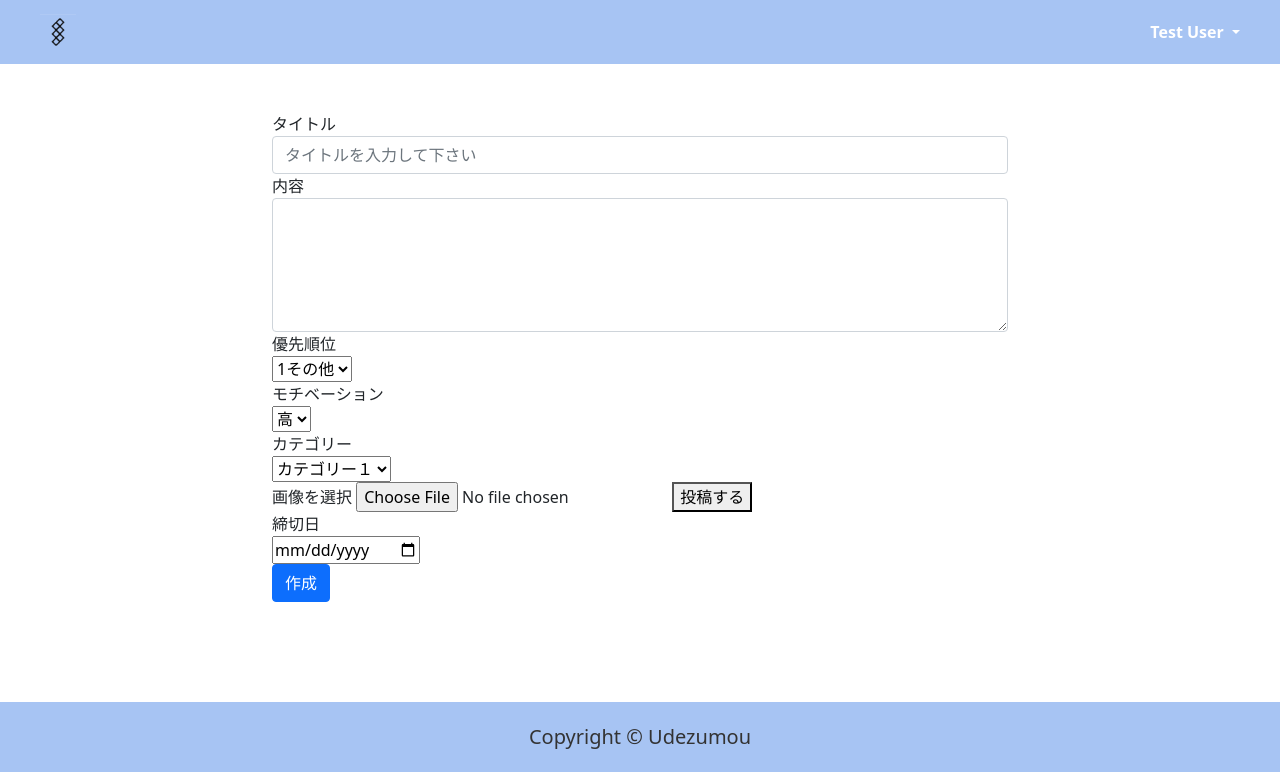
Repository: Kongbu0217/79Udezumou
Page: http://localhost/posts/create
These files come from the project's save history. The page is drawn as it stood at one moment and after a run of saves; the edit follows.
The browser window is 1280 px wide. The pictures show the whole page.
Some web libraries are served in a nearby version. The page is served by the project's Laravel application, run on PHP 8.4 with Laravel 10. A made-up administrator, Test User (test@example.com), is signed in. Other server files are loaded and not shown.

Above is the page before, as saved 2024-12-18 16:30:24.

### routes/web.php
<?php

use Illuminate\Support\Facades\Route;
use App\Http\Controllers\PostController;
use App\Http\Controllers\CommentController;
/*
|--------------------------------------------------------------------------
| Web Routes
|--------------------------------------------------------------------------
|
| Here is where you can register web routes for your application. These
| routes are loaded by the RouteServiceProvider and all of them will
| be assigned to the "web" middleware group. Make something great!
|
*/

Route::get('/', function () {
    return view('welcome');
});

Auth::routes();

Route::get('/home', [App\Http\Controllers\HomeController::class, 'index'])->name('home');

// Route::get('/create', function () {
//     return view('posts.create');
// });

// Route::resource('posts', PostController::class);

Route::get('/posts', [PostController::class, 'index'])->name('posts.index');

Route::get('/posts/create', [PostController::class, 'create'])->name('posts.create');

Route::post('/posts', [PostController::class, 'store'])->name('posts.store');

Route::get('/posts/{id}', [PostController::class, 'show'])->name('posts.show');

Route::get('/posts/{id}/edit', [PostController::class, 'edit'])->name('posts.edit');

Route::put('/posts/{id}', [PostController::class, 'update'])->name('posts.update');

Route::delete('/posts/{id}', [PostController::class, 'destroy'])->name('posts.destroy');

Route::get('/comments/create/{post_id}',[CommentController::class,'create'])->name('comments.create');

Route::post('/comments',[CommentController::class,'store'])->name('comments.store');

// ===コメント用===
Route::get('/comments/{id}/edit', [CommentController::class, 'edit'])->name('comments.edit'); // コメント編集ページ

Route::put('/comments/{id}', [CommentController::class, 'update'])->name('comments.update');  // コメント更新

Route::delete('/comments/{id}', [CommentController::class, 'destroy'])->name('comments.destroy'); // コメント削除

### app/Models/User.php
<?php

namespace App\Models;

use Illuminate\Contracts\Auth\MustVerifyEmail;
use Illuminate\Database\Eloquent\Factories\HasFactory;
use Illuminate\Foundation\Auth\User as Authenticatable;
use Illuminate\Notifications\Notifiable;
use Laravel\Sanctum\HasApiTokens;

class User extends Authenticatable
{
    use HasApiTokens, HasFactory, Notifiable;

    /**
     * The attributes that are mass assignable.
     *
     * @var array<int, string>
     */
    protected $fillable = [
        'name',
        'email',
        'password',
    ];

    /**
     * The attributes that should be hidden for serialization.
     *
     * @var array<int, string>
     */
    protected $hidden = [
        'password',
        'remember_token',
    ];

    /**
     * The attributes that should be cast.
     *
     * @var array<string, string>
     */
    protected $casts = [
        'email_verified_at' => 'datetime',
        'password' => 'hashed',
    ];

    public function posts()
    {
        return $this->hasMany('App\Models\Post'); // 記述するとpostとユーザーのリレーションができる
    }

    public function comments()
    {
        return $this->hasMany('App\Models\Comment');
    }
}

### app/Http/Controllers/PostController.php
<?php

namespace App\Http\Controllers;

use Illuminate\Http\Request;
use App\Models\Post;
use Illuminate\Support\Facades\Storage;
use Illuminate\Support\Facades\Auth;

class PostController extends Controller
{
    function index(Request $request)
    {
        $query = Post::query();

        // 検索クエリを取得
        $search = $request->input('search');

        if ($search) {
            // タイトル、本文、コメント内容を検索対象に追加
            $query->where(function ($q) use ($search) {
                $q->where('title', 'LIKE', "%{$search}%")
                    ->orWhere('body', 'LIKE', "%{$search}%")
                    ->orWhereHas('comments', function ($subQuery) use ($search) {
                    $subQuery->where('body', 'LIKE', "%{$search}%");
                        });
            });
        }

        $posts = $query->get(); // 条件に応じてデータを取得

        return view('posts.index', [
            'posts' => $posts,
            'search' => $search, // 現在の検索ワードをビューに渡す
        ]);
    }

    function create()
    {
        return view('posts.create');
    }

    function store(Request $request)
    {
        // バリデーション（MIO）
        $validated = $request->validate([
            'title' => 'required|string|max:30',
            'body' => 'required|string|max:120',
            'image' => 'nullable|image|mimes:jpeg,png,jpg,gif|max:2048',
        ]);

        // $requestに入っている値を、new Postでデータベースに保存するという記述
        $post = new Post;

        // 画像がアップロードされていれば保存処理(MIO)
            if ($request->hasFile('image')) {
            // ファイルをpublicディスクに保存してパスを取得
            $path = $request->file('image')->store('images', 'public');

            // 画像パスをデータベースに保存
            $post->path = $path;
        }

        $post->title = $request->title;
        $post->body = $request->body;
        $post->user_id = Auth::id(); // 現在ログインしているユーザーidを取得

        $post->prio = $request->prio; //優先順位
        $post->moto = $request->moto; //モチベーション
        $post->category = $request->category; //カテゴリー
        $post->cob = $request->cob; //締切日
        $post->path = $url; // 画像のURLを保存（MIO)

        $post->save();

        return redirect()->route('posts.index');
    }

    function show($id)
    {
        // 投稿データとそのコメントを取得
        $post = Post::with('comments.user')->find($id);

        if (!$post) {
            abort(404, '投稿が見つかりませんでした。');
        }

        return view('posts.show', ['post' => $post]);
    }

    function edit($id)
    {
        $post = Post::find($id);

        return view('posts.edit', ['post' => $post]);
    }

    function update(Request $request, $id)
    {
        $post = Post::find($id);

        $post->title = $request->title;
        $post->body = $request->body;
        $post->save();

        return view('posts.show', ['post' => $post]);
    }

    function destroy($id)
    {
        $post = Post::find($id);

        $post->delete();

        return redirect()->route('posts.index');
    }
}

### resources/views/posts/create.blade.php
@extends('layouts.app_original')
@section('content')

<div class="container mt-5">
    <div class="row justify-content-center">
        <div class="col-md-8">
            <form action="{{ route('posts.store') }}" method="POST">
                @csrf <!-- これないとエラーになる -->
                <div class="form-group">
                    <label>タイトル</label>
                    <input type="text" class="form-control" placeholder="タイトルを入力して下さい" name="title">
                </div>
                <div class="form-group">
                    <label>内容</label>
                    <textarea class="form-control" placeholder="内容" rows="5" name="body">
                    </textarea>
                </div>
                <div>
                    <label>優先順位</label><br>
                    <select name="prio">
                        <option value="first">1その他</option>
                        <option value="second">2その他</option>
                        <option value="third">3その他</option>
                    </select>
                </div>
                <div>
                    <label>モチベーション</label><br>
                    <select name="moto">
                        <option value="first">高</option>
                        <option value="second">中</option>
                        <option value="third">低</option>
                    </select>
                </div>
                <div>
                    <label>カテゴリー</label><br>
                    <select name="category">
                        <option value="first">カテゴリー１</option>
                        <option value="second">カテゴリー２</option>
                        <option value="third">カテゴリー３</option>
                    </select>
                </div>
                {{-- 画像投稿フォーム（MIO） --}}
                <form action="{{ route('posts.store') }}" method="POST" enctype="multipart/form-data">
                    @csrf
                    <label for="image">画像を選択</label>
                    <input type="file" name="image" id="image">
                    <button type="submit">投稿する</button>
                </form>
                {{-- MIO --}}
                <div>
                    <label>締切日</label><br>
                    <input type="date" name="cob">
                </div>
                <button type="submit" class="btn btn-primary">作成</button>
            </form>
        </div>
    </div>
</div>

@endsection

### resources/views/layouts/app_original.blade.php
<!DOCTYPE html>
<html lang="en">
<head>
  <meta charset="UTF-8">
  <meta name="viewport" content="width=device-width, initial-scale=1.0">
  <!-- CSRF Token -->
  <meta name="csrf-token" content="{{ csrf_token() }}">
  <title>Document</title>
  <link href="https://cdn.jsdelivr.net/npm/bootstrap@5.0.0-beta1/dist/css/bootstrap.min.css" rel="stylesheet" integrity="sha384-giJF6kkoqNQ00vy+HMDP7azOuL0xtbfIcaT9wjKHr8RbDVddVHyTfAAsrekwKmP1" crossorigin="anonymous">
  <link rel="stylesheet" href="{{ asset('css/style.css') }}">
</head>
<body>
  <header>
    <div class="header-left">
      <a href="{{ url('/posts') }}"> <!-- ここにリンクを追加 -->
        <img class="logo" src="{{ asset('img/logo.png') }}" alt="Logo">
      </a>
    </div>
        <div class="header-right">
        <div class="dropdown nav">
          <a class="dropdown-toggle" href="#" role="button" id="dropdownMenuLink" data-bs-toggle="dropdown" aria-expanded="false">
          {{ Auth::user()->name }}
          </a>
          <ul class="dropdown-menu" aria-labelledby="dropdownMenuLink">
            <li><a class="dropdown-item" href="{{ route('logout') }}" onclick="event.preventDefault();
                                                    document.getElementById('logout-form').submit();">{{ __('Logout') }}</a></li>
            <form id="logout-form" action="{{ route('logout') }}" method="POST" class="d-none">
                @csrf
            </form>
          </ul>
        </div>
        </div>
  </header>
  @yield('content')   <!-- これを追加すると他のページにもヘッダーとフッターが継承される -->
  <footer>
    Copyright &copy; Udezumou
  </footer>
  <script src="https://cdn.jsdelivr.net/npm/@popperjs/core@2.5.4/dist/umd/popper.min.js" integrity="sha384-q2kxQ16AaE6UbzuKqyBE9/u/KzioAlnx2maXQHiDX9d4/zp8Ok3f+M7DPm+Ib6IU" crossorigin="anonymous"></script>
  <script src="https://cdn.jsdelivr.net/npm/bootstrap@5.0.0-beta1/dist/js/bootstrap.min.js" integrity="sha384-pQQkAEnwaBkjpqZ8RU1fF1AKtTcHJwFl3pblpTlHXybJjHpMYo79HY3hIi4NKxyj" crossorigin="anonymous"></script>
</body>
</html>

### public/css/style.css
/* === 横スクロール防止 === */
  body, html {
    margin: 0;
    padding: 0;
    overflow-x: hidden; /* 横スクロール防止 */
  }

/* === ヘッダー全体 === */
  header {
    display: flex;
    justify-content: space-between;
    align-items: center;
    background-color: #a7c4f3; /* 背景色 */
    padding: 14px 40px;
    width: 100%;
    max-width: 100%;
    box-sizing: border-box;
  }

/* === ロゴ画像 === */
  .logo {
    height: 36px;
  }

/* === ユーザー名のスタイル === */
  .header-right a.dropdown-toggle {
    color: white; /* 色を白に */
    font-weight: bold; /* 太字 */
    text-decoration: none; /* 下線を削除 */
  }

  .header-right a.dropdown-toggle:hover {
    color: #f8f9fa; /* ホバー時の色を少し変更 */
  }

/* === ドロップダウンメニュー === */
  .dropdown-menu {
    right: 0; /* 右揃え */
    left: auto; /* 左側の余白を調整 */
  }

footer {
  background-color: #a7c4f3;
  color: #333;
  text-align: center;
  font-size: 20px;
  margin-top: 100px;
  padding: 20px 0;
}

  .image-container {
    width: 100%; /* カード幅いっぱい */
    padding-top: 56.25%; /* 16:9 のアスペクト比 (高さ:幅の比率) */
    position: relative;
    overflow: hidden; /* はみ出した画像を隠す */
    background-color: #f0f0f0; /* 背景色 (画像がない時) */
    border-radius: 8px; /* 角丸 */
  }

  .image-container img {
    position: absolute;
    top: 0;
    left: 0;
    width: 100%;
    height: 100%;
    object-fit: cover; /* アスペクト比を保ちながら、コンテナにフィット */
  }


  /* 背景色変更 MIO*/
.card-body text-center{
  background-color: white;
transition: background-color 0.3s;
}
.highlight {
background-color: rgb(174, 178, 180);
}

Loaded but not shown: app/Http/Controllers/Auth/ConfirmPasswordController.php (common file); app/Http/Controllers/Controller.php (common file)

After the next 2 saves:
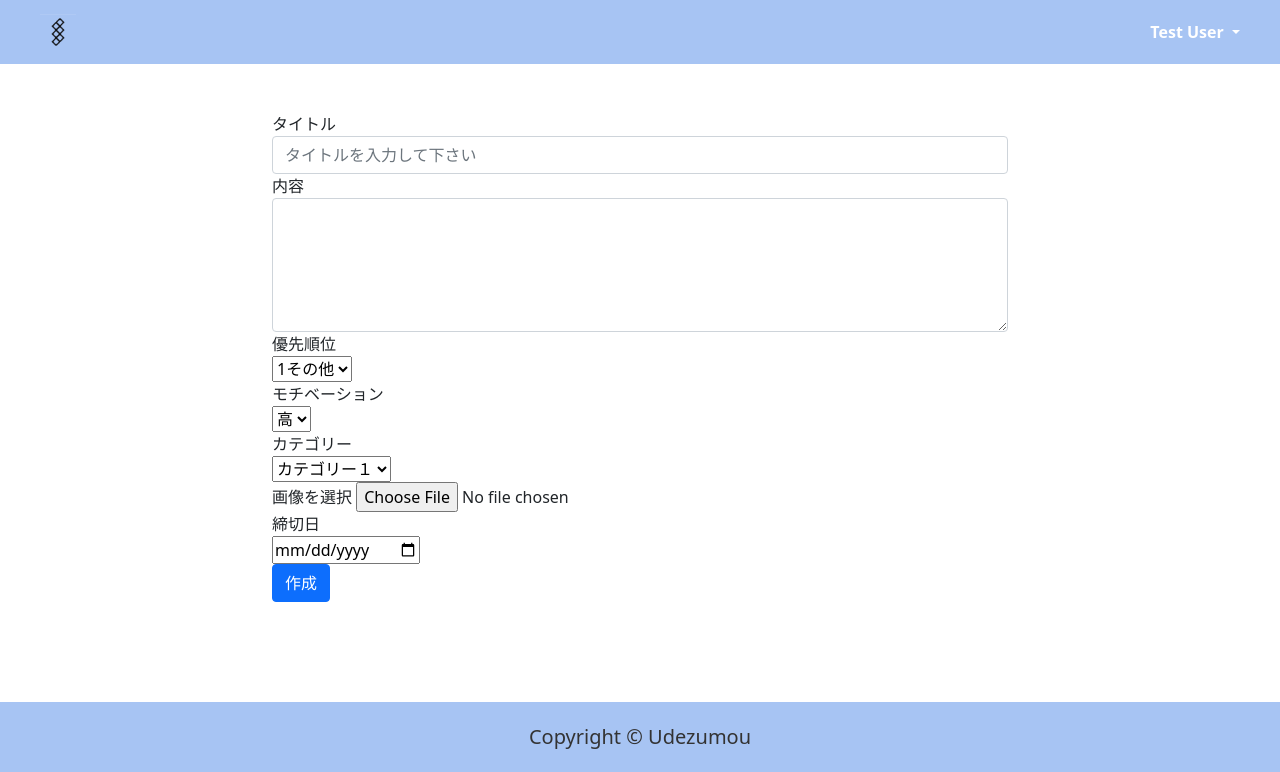
The 2 saves are shown as one change because they came seconds apart.
The last was saved 39 s later.
--- a/resources/views/posts/create.blade.php
+++ b/resources/views/posts/create.blade.php
@@ -44,7 +44,6 @@
                     @csrf
                     <label for="image">画像を選択</label>
                     <input type="file" name="image" id="image">
-                    <button type="submit">投稿する</button>
                 </form>
                 {{-- MIO --}}
                 <div>
